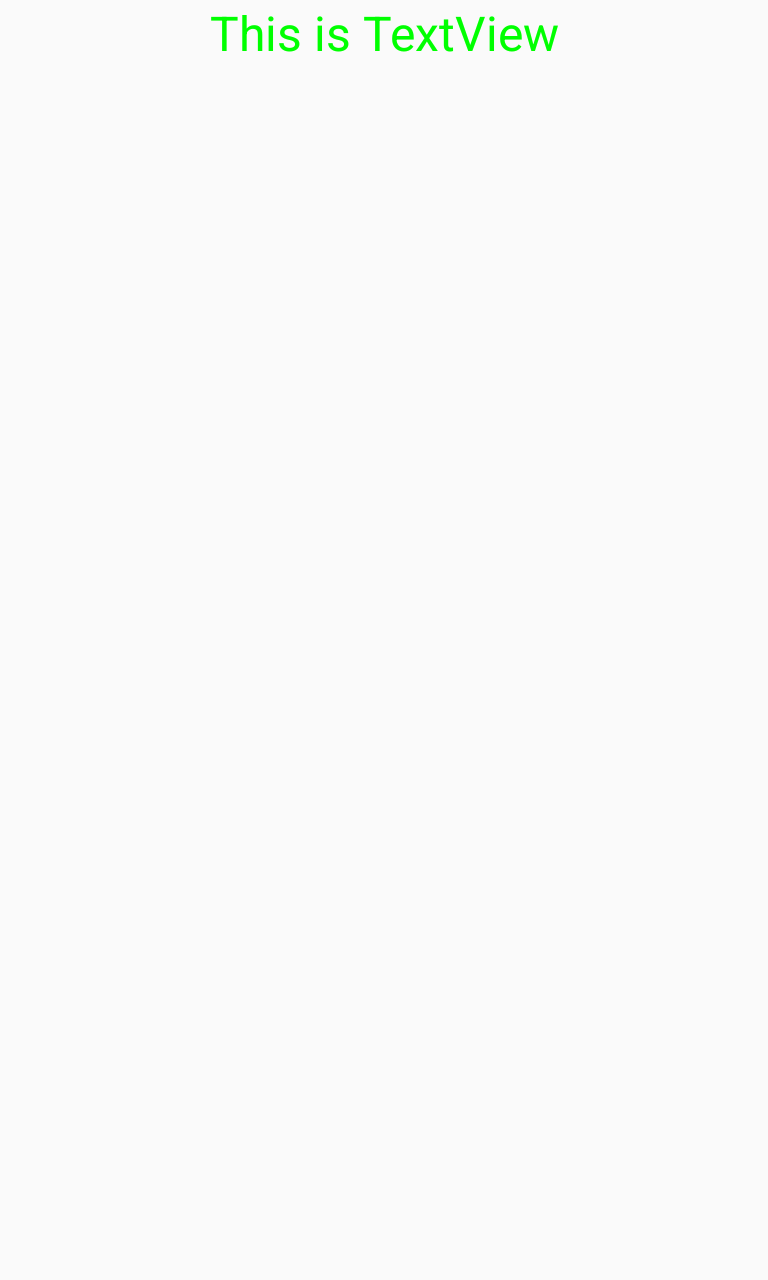
Repository: seanshl/android-projects
Layout: UIWidgetT/res/layout/activity_main.xml
These files come from the project's save history. The layout is drawn as it stood at one moment and after the next save; the edit follows.
It is drawn on a 768 x 1280 px phone screen (xhdpi) without system bars, with theme AppTheme; the app's code is not run.

Above is the layout before, as saved 2016-08-16 19:49:04.

### UIWidgetT/res/layout/activity_main.xml
<LinearLayout xmlns:android="http://schemas.android.com/apk/res/android"
    android:layout_width="match_parent"
	android:layout_height="match_parent"
	android:orientation="vertical" >

    <TextView
        android:layout_width="match_parent"
        android:layout_height="wrap_content"
        android:textSize="24sp"
        android:textColor="#00ff00"
        android:gravity="center"
        android:text="This is TextView" />

</LinearLayout>

Loaded but not shown: UIWidgetT/res/values/styles.xml (common file); UIWidgetT/res/values-v11/styles.xml (common file); UIWidgetT/res/values-v14/styles.xml (common file)

After the next save:
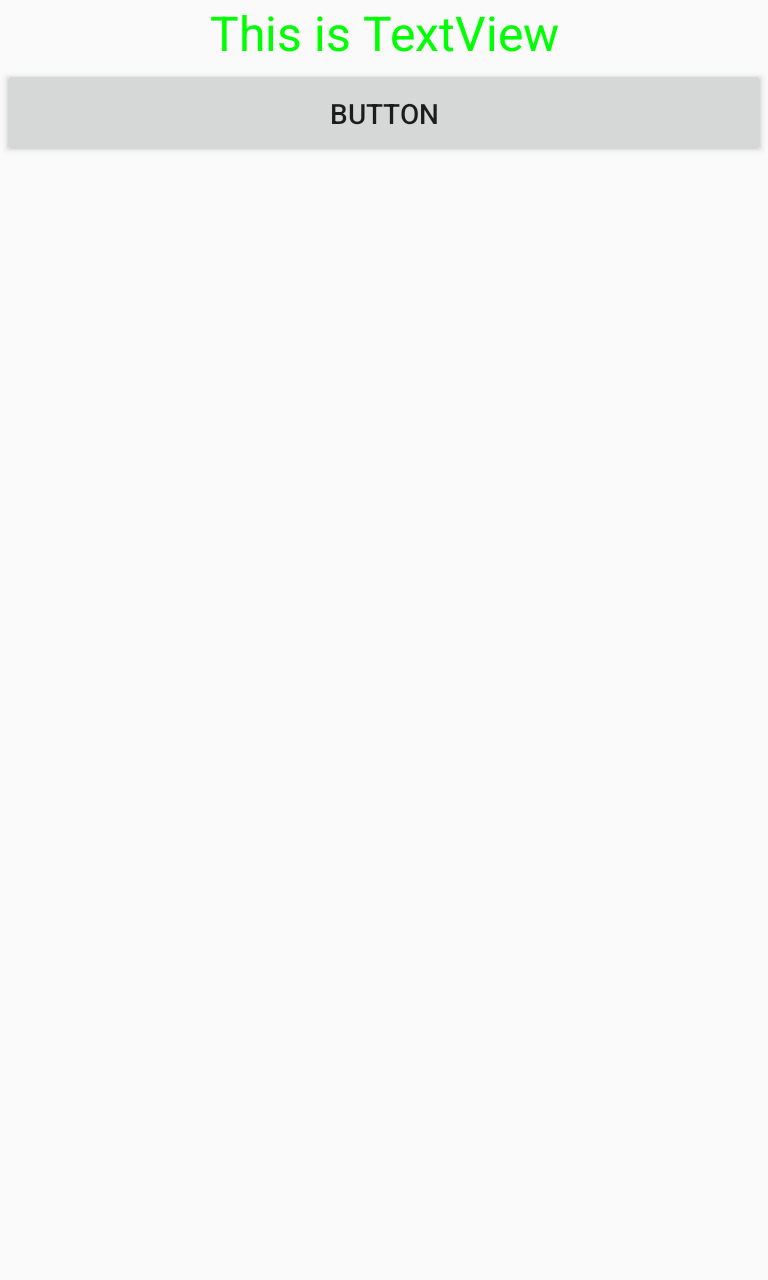
Saved 79 s later.
--- a/UIWidgetT/res/layout/activity_main.xml
+++ b/UIWidgetT/res/layout/activity_main.xml
@@ -11,4 +11,9 @@
         android:gravity="center"
         android:text="This is TextView" />
 
+    <Button
+        android:id="@+id/button"
+        android:layout_width="match_parent"
+        android:layout_height="wrap_content"
+        android:text="Button" />
 </LinearLayout>
